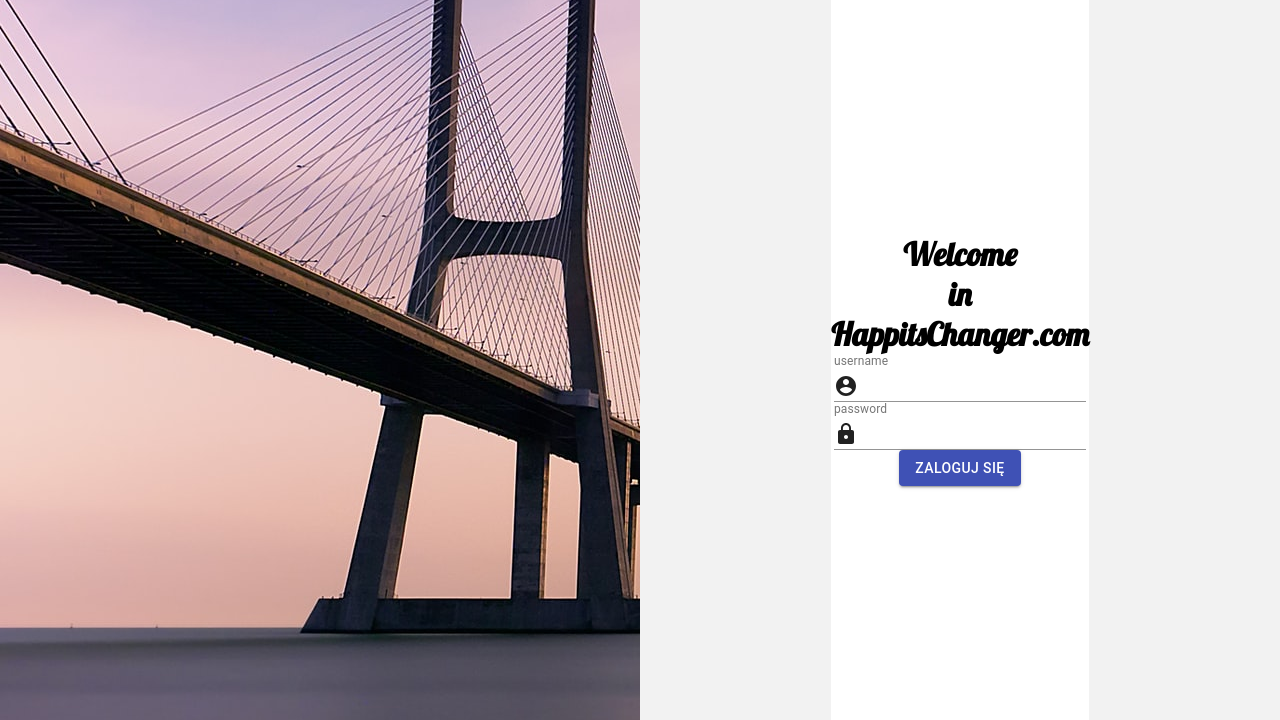
Repository: pgruca96/HappitsChanger
Page: /
These files come from the project's save history. The page is drawn as it stood at one moment and after the next save; the edit follows.
The browser window is 1280 px wide. The pictures show the whole page.
The project was rebuilt for these pictures with package versions that can differ from the ones it lists, and the page was loaded fresh each time.

Above is the page before, as saved 2020-10-25 17:17:53.

### public/index.html
<!DOCTYPE html>
<html lang="en">

<head>
  <meta charset="utf-8" />
  <link rel="icon" href="%PUBLIC_URL%/favicon.ico" />
  <meta name="viewport" content="width=device-width, initial-scale=1" />
  <meta name="theme-color" content="#000000" />
  <meta name="description" content="Web site created using create-react-app" />
  <link href="https://fonts.googleapis.com/css?family=Lobster" rel="stylesheet" type="text/css">
  <link rel="apple-touch-icon" href="%PUBLIC_URL%/logo192.png" />
  <!--
      manifest.json provides metadata used when your web app is installed on a
      user's mobile device or desktop. See https://developers.google.com/web/fundamentals/web-app-manifest/
    -->
  <link rel="manifest" href="%PUBLIC_URL%/manifest.json" />
  <!--
      Notice the use of %PUBLIC_URL% in the tags above.
      It will be replaced with the URL of the `public` folder during the build.
      Only files inside the `public` folder can be referenced from the HTML.

      Unlike "/favicon.ico" or "favicon.ico", "%PUBLIC_URL%/favicon.ico" will
      work correctly both with client-side routing and a non-root public URL.
      Learn how to configure a non-root public URL by running `npm run build`.
    -->
  <title>React App</title>
</head>

<body>
  <noscript>You need to enable JavaScript to run this app.</noscript>
  <div id="root"></div>
  <!--
      This HTML file is a template.
      If you open it directly in the browser, you will see an empty page.

      You can add webfonts, meta tags, or analytics to this file.
      The build step will place the bundled scripts into the <body> tag.

      To begin the development, run `npm start` or `yarn start`.
      To create a production bundle, use `npm run build` or `yarn build`.
    -->
</body>

</html>

### src/App.js
import "./App.css";
import { BrowserRouter as Router, Route } from "react-router-dom";
import LoginPage from "./containers/loginPage";

const App = () => {
  return (
    <div className="app">
      <Router>
        <Route path="/" exact component={LoginPage} />
      </Router>
    </div>
  );
};

export default App;

### src/App.css
*,
*::before,
*::after {
  margin: 0;
  padding: 0;
  box-sizing: border-box;
}

.app {
  min-width: 100vw;
  min-height: 100vh;
}

### src/containers/loginPage/index.js
import React from "react";
import { LoginPageContainer } from "../../styles/LoginPage";
import LoginForm from "../../components/form/index";
import { loginTheme } from "../../styles/colors";
import { Grid, Box } from "@material-ui/core";

const LoginPage = () => {
  return (
    <LoginPageContainer>
      <Grid container justify="flex-end">
        <Grid container item xs={12} sm={6}>
          <Grid item xs={12}>
            <Box
              bgcolor={loginTheme}
              height={1}
              display="flex"
              //   alignItems="center"
              justifyContent="center"
            >
              <LoginForm />
            </Box>
          </Grid>
        </Grid>
      </Grid>
    </LoginPageContainer>
  );
};

export default LoginPage;

### src/styles/LoginPage.js
import styled from "styled-components";
import background from "../assets/login-background.jpg";

export const LoginPageContainer = styled.div`
  display: flex;
  justify-content: flex-end;
  background: url(${background}) left;
  width: 100vw;
  height: 100vh;
`;

### src/components/form/index.js
import React from "react";
import TextField from "@material-ui/core/TextField";
import InputAdornment from "@material-ui/core/InputAdornment";
import AccountCircle from "@material-ui/icons/AccountCircle";
import LockIcon from "@material-ui/icons/Lock";
import Button from "@material-ui/core/Button";
import { useStyles } from "../../styles/Form";
import { Header } from "../../styles/h2";
import { ColumnCenter } from "../../styles/columnCenter";

const LoginForm = () => {
  const { form } = useStyles();
  return (
    <form className={form}>
      <Header>
        Welcome
        <br /> in <br />
        HappitsChanger.com
      </Header>
      <ColumnCenter>
        <TextField
          id="username"
          label="username"
          placement="top"
          InputProps={{
            startAdornment: (
              <InputAdornment position="start">
                <AccountCircle />
              </InputAdornment>
            ),
          }}
        />
        <TextField
          id="password"
          label="password"
          InputProps={{
            startAdornment: (
              <InputAdornment position="start">
                <LockIcon />
              </InputAdornment>
            ),
          }}
        />
        <Button variant="contained" color="primary">
          Zaloguj się
        </Button>
      </ColumnCenter>
    </form>
  );
};

export default LoginForm;

### src/styles/colors.js
export const loginTheme = "#f2f2f2";

### src/styles/Form.js
import { makeStyles } from "@material-ui/core/styles";

export const ColumnCenter = {
  display: "flex",
  flexDirection: "column",
  justifyContent: "center",
  alignItems: "center",
};

export const useStyles = makeStyles((theme) => ({
  form: {
    background: "white",
    display: "flex",
    flexDirection: "column",
    justifyContent: "center",
    alignItems: "center",
    // padding: theme.spacing(3, 6),
  },
  // margin: {
  //   margin: theme.spacing(3, 6),
  // },
}));

### src/styles/h2.js
import styled from "styled-components";

export const Header = styled.h2`
  font-family: Lobster, open-sans;
  font-size: 2rem;
  text-align: center;
`;

### src/styles/columnCenter.js
import styled from "styled-components";

export const ColumnCenter = styled.div`
  display: flex;
  flex-direction: column;
  justify-content: space-around;
  align-items: center;
`;

Loaded but not shown: src/index.js (common file); src/index.css (common file); src/reportWebVitals.js (common file)

After the next save:
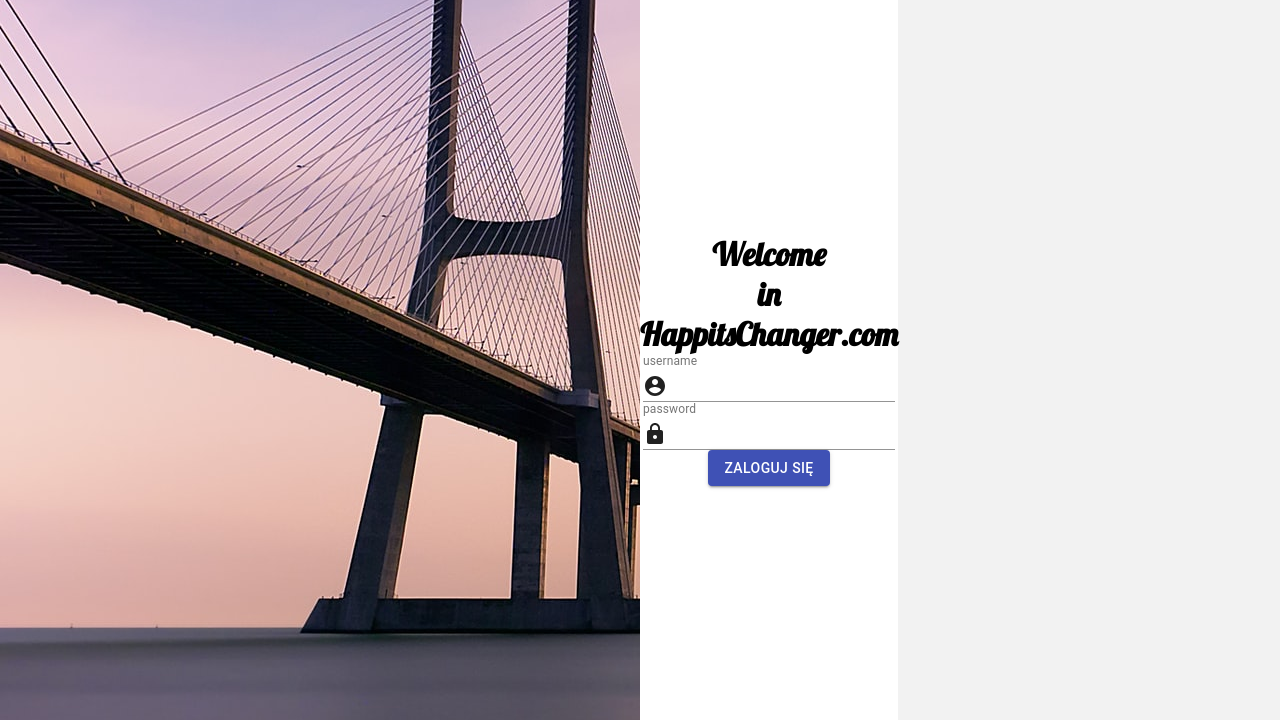
Saved 17 s later.
--- a/src/containers/loginPage/index.js
+++ b/src/containers/loginPage/index.js
@@ -15,7 +15,7 @@
               height={1}
               display="flex"
               //   alignItems="center"
-              justifyContent="center"
+              //   justifyContent="center"
             >
               <LoginForm />
             </Box>

After the save that followed:
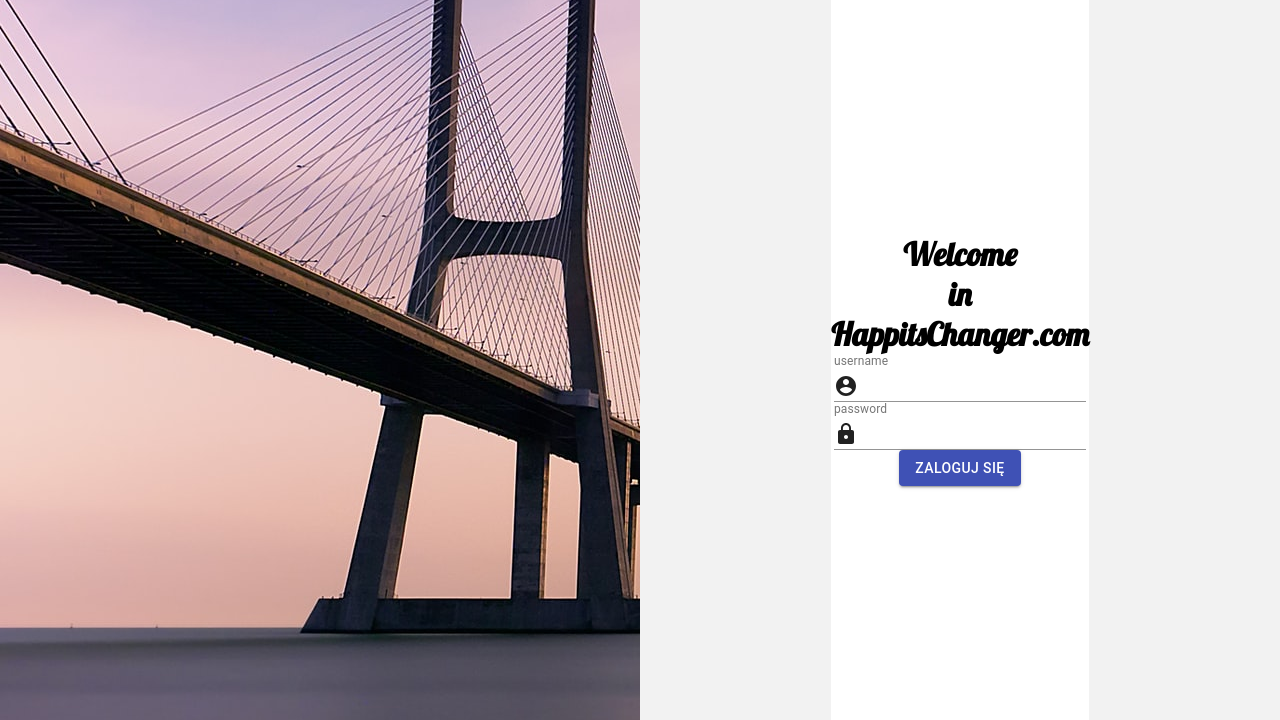
Saved 5 s later.
--- a/src/containers/loginPage/index.js
+++ b/src/containers/loginPage/index.js
@@ -15,7 +15,7 @@
               height={1}
               display="flex"
               //   alignItems="center"
-              //   justifyContent="center"
+              justifyContent="center"
             >
               <LoginForm />
             </Box>
